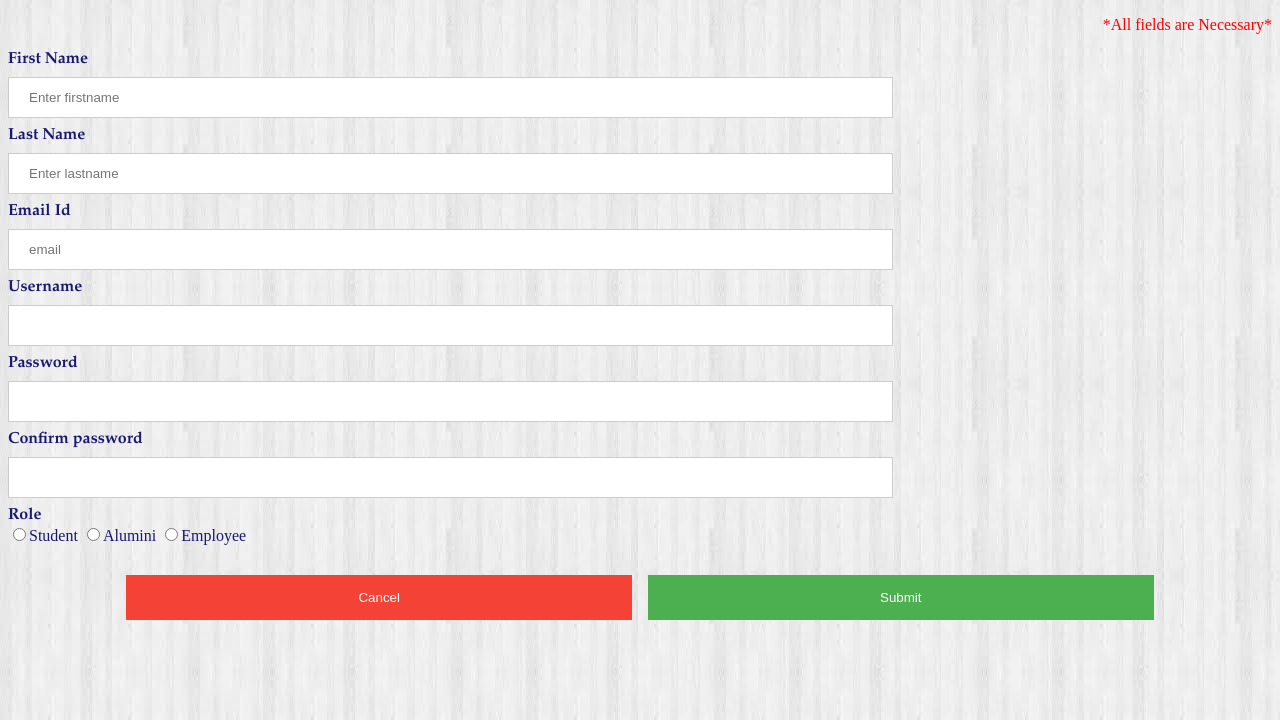
Repository: SwapnilYeldi/Project-2
Page: frontend/WebContent/views/registrationform.html
The author's editor kept a copy of each file at every save. The page is drawn from the files as they stood at one save, then again after the next save.
The browser window is 1280 px wide. The pictures show the whole page.

Above is the page before, as saved 2017-07-19 07:41:39.

After the next save:
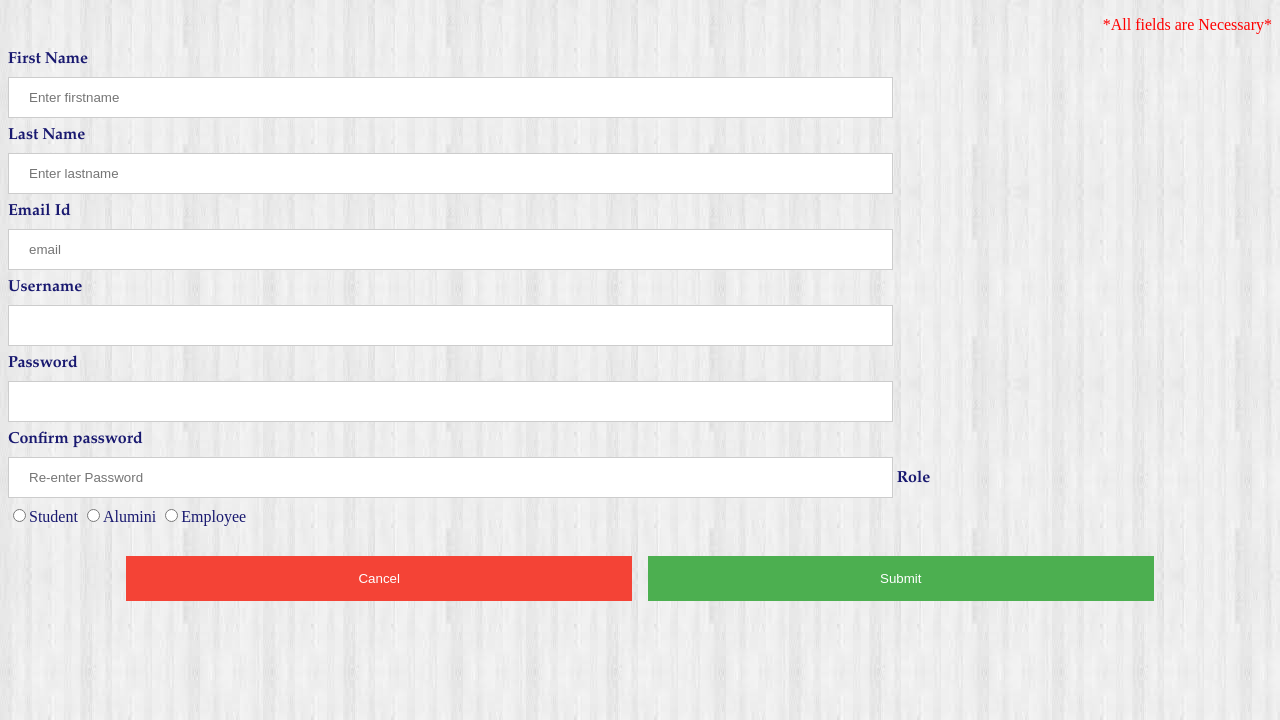
Saved 6 min 17 s later.
--- a/frontend/WebContent/views/registrationform.html
+++ b/frontend/WebContent/views/registrationform.html
@@ -87,7 +87,8 @@
 <input type="password" id=pass ng-model="user.password"><br>
 
 <label><font face="Garamond"><b>Confirm password</b></font></label><br>
-<input type="password" id="cpass" name="confirmpass"><br>
+<input type="password" name="confirm_password" id="pwd2" placeholder="Re-enter Password" class="form-control"
+								onBlur='confirm_pass();'/> <span id='message'></span>
 
 <label><font face="Garamond"><b>Role</b></font></label><br>
 <input type="radio" ng-model="user.role" value="Student">Student

After the 5 saves that followed:
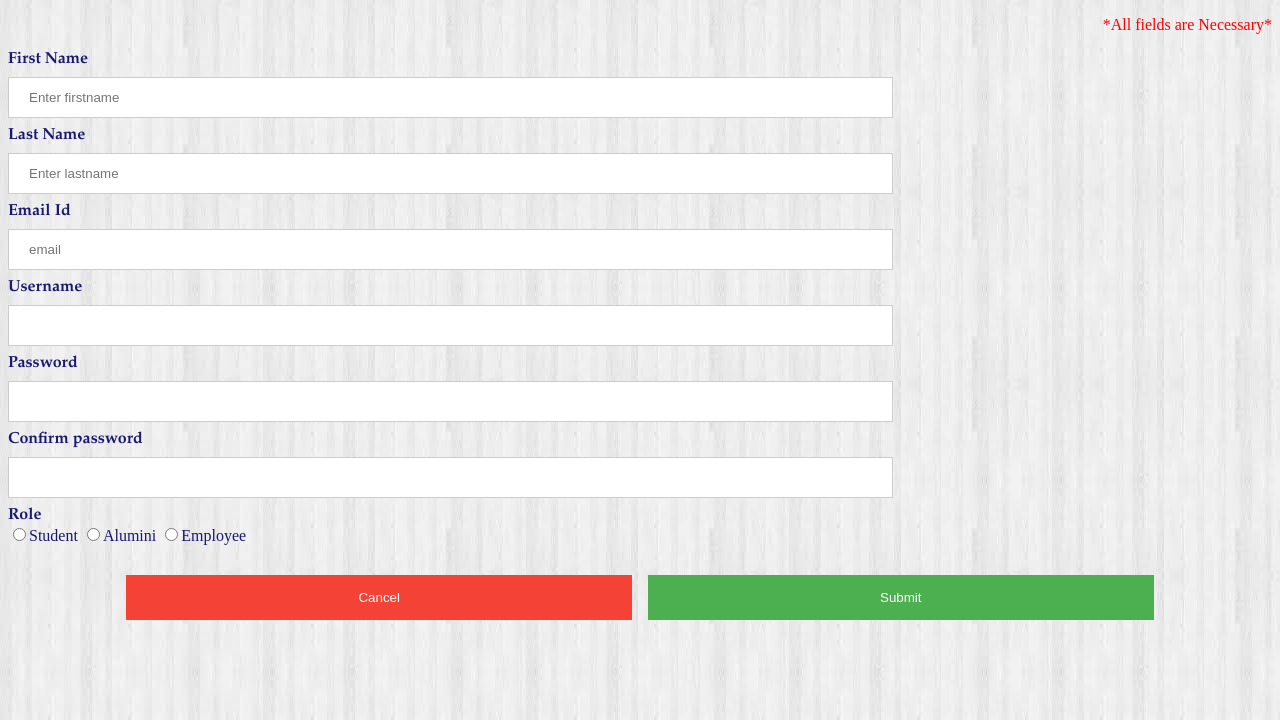
The 5 saves are shown as one change because 4 left the picture as it was.
The last was saved 3 min 17 s later.
--- a/frontend/WebContent/views/registrationform.html
+++ b/frontend/WebContent/views/registrationform.html
@@ -87,8 +87,7 @@
 <input type="password" id=pass ng-model="user.password"><br>
 
 <label><font face="Garamond"><b>Confirm password</b></font></label><br>
-<input type="password" name="confirm_password" id="pwd2" placeholder="Re-enter Password" class="form-control"
-								onBlur='confirm_pass();'/> <span id='message'></span>
+<input type="password" id="cpass" name="confirmpass"><br>
 
 <label><font face="Garamond"><b>Role</b></font></label><br>
 <input type="radio" ng-model="user.role" value="Student">Student
